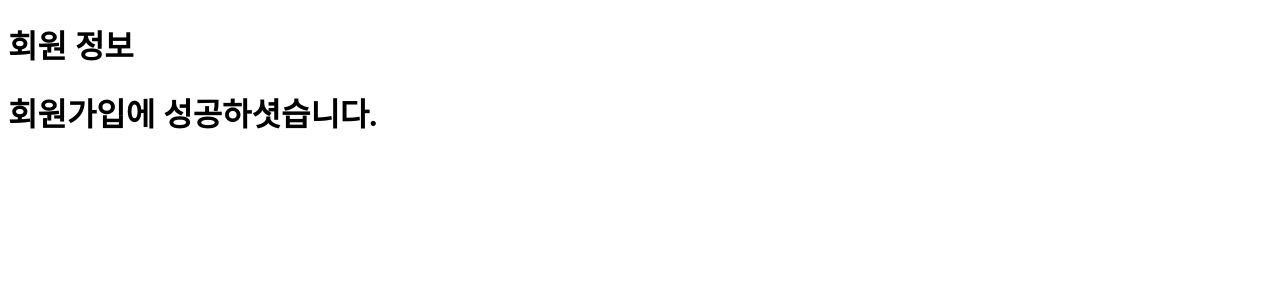
Repository: jjb5442/JSP
Page: http://localhost/06_Java_Bean_tutorial/Register_Result.jsp
These files come from the project's save history. The page is drawn as it stood at one moment and after the next save; the edit follows.
The browser window is 1280 px wide. The pictures show the whole page.
The page is served by Tomcat 9. Queries for data that is not in the repository find no rows.

Above is the page before, as saved 2022-05-28 02:48:11.

After the next save:
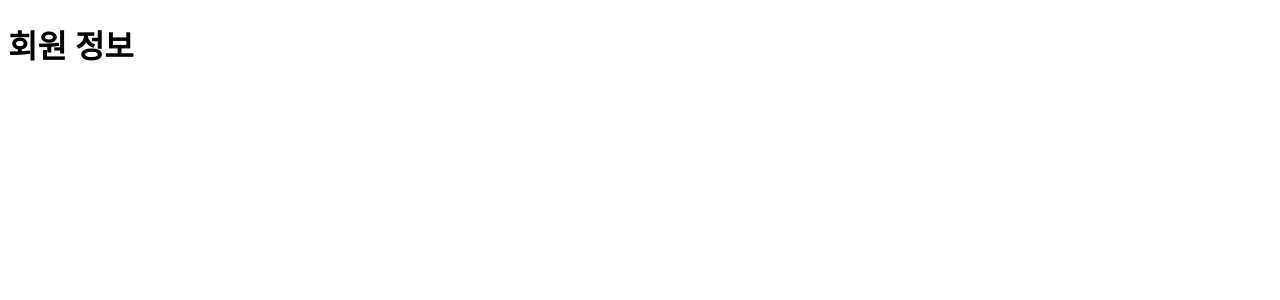
Saved 69 s later.
--- a/8Day/workspace/06_Java_Bean_tutorial/src/main/webapp/Register_Result.jsp
+++ b/8Day/workspace/06_Java_Bean_tutorial/src/main/webapp/Register_Result.jsp
@@ -20,14 +20,15 @@
 <body>
 
  	<h1>회원 정보</h1>
-	<% if(dao.SearchID(member.getId()) == true){ %>
-			<h1>이미 존재하는 아이디입니다.</h1>
-	<% }else{
-			dao.Insert(member);
-	%>
-			<h1>회원가입에 성공하셧습니다.</h1>
+ 	<% if(member.getId() != null) {%>
+		<% if(dao.SearchID(member.getId()) == true){ %>
+				<h1>이미 존재하는 아이디입니다.</h1>
+		<% }else{
+				dao.Insert(member);
+		%>
+				<h1>회원가입에 성공하셧습니다.</h1>
+		<% } %>
 	<% } %>
-
 	<%
 		ArrayList<DTO> list = dao.GetMemberList();
 		for(DTO m : list){
